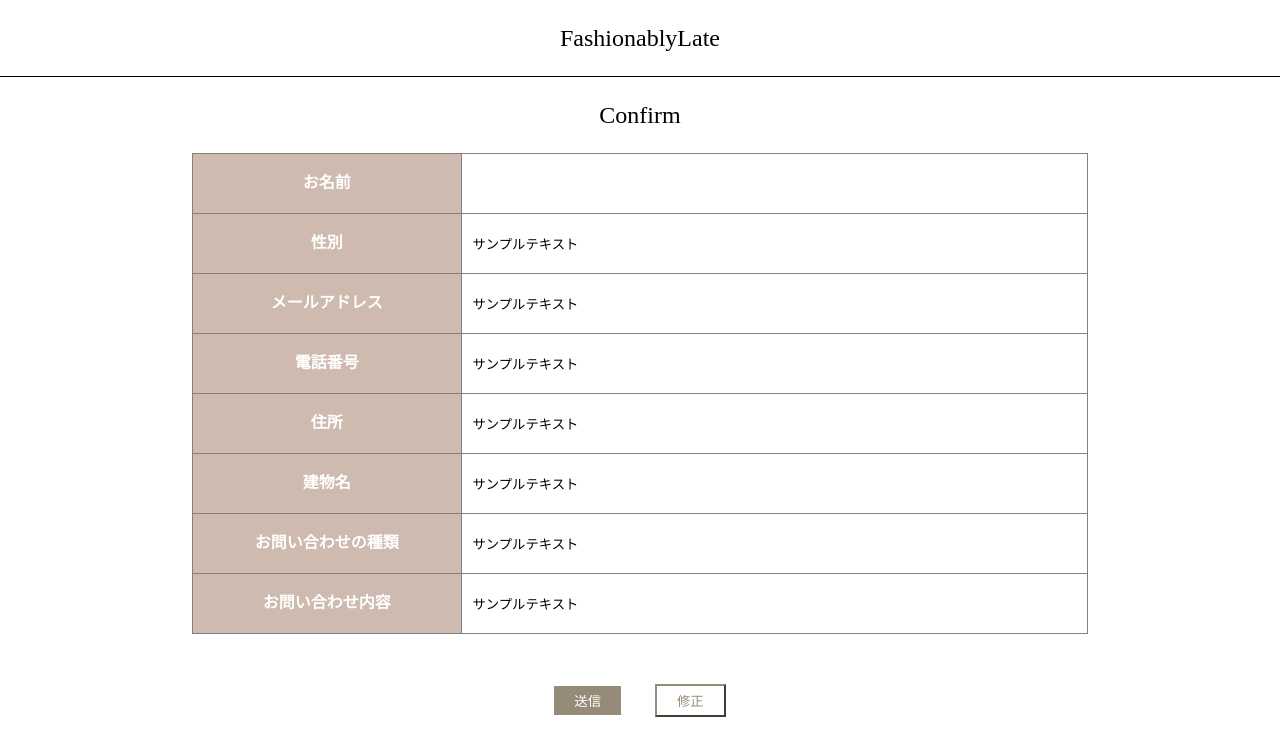
Repository: mayu-ya/test_form
Page: http://localhost/
These files come from the project's save history. The page is drawn as it stood at one moment and after the next save; the edit follows.
The browser window is 1280 px wide. The pictures show the whole page.
The page is served by the project's Laravel application, run on PHP 8.4 with Laravel 8. Other server files are loaded and not shown.

Above is the page before, as saved 2026-01-17 11:44:49.

### src/routes/web.php
<?php

use Illuminate\Support\Facades\Route;
use App\Http\Controllers\ContactController;

/*
|--------------------------------------------------------------------------
| Web Routes
|--------------------------------------------------------------------------
|
| Here is where you can register web routes for your application. These
| routes are loaded by the RouteServiceProvider within a group which
| contains the "web" middleware group. Now create something great!
|
*/

Route::get('/', [ContactController::class, 'index']);

### src/app/Http/Controllers/ContactController.php
<?php

namespace App\Http\Controllers;

use Illuminate\Http\Request;

class ContactController extends Controller
{
    public function index()
    {
        return view('confirm');
    }
}

### src/resources/views/confirm.blade.php
@extends('layouts.app')

@section('css')
<link rel="stylesheet" href="{{ asset('css/confirm.css') }}">
@endsection

@section('content')
<div class="content">
    <div class="title">
        <h2 class="title-h">Confirm</h2>
    </div>

    <form action="" class="form">
        <table class="table" border="1">
            <tr class="table-row">
                <th class="table-title">お名前</th>
                <td class="table-content">
                    <input type="text" class="table-content__input" name="name">
                </td>
            </tr>
            <tr class="table-row">
                <th class="table-title">性別</th>
                <td class="table-content">
                    <input type="text" class="table-content__input" name="name" value="サンプルテキスト">
                </td>
            </tr>
            <tr class="table-row">
                <th class="table-title">メールアドレス</th>
                <td class="table-content">
                    <input type="text" class="table-content__input" name="email" value="サンプルテキスト">
                </td>
            </tr>
            <tr class="table-row">
                <th class="table-title">電話番号</th>
                <td class="table-content">
                    <input type="text" class="table-content__input" name="tel" value="サンプルテキスト">
                </td>
            </tr>
            <tr class="table-row">
                <th class="table-title">住所</th>
                <td class="table-content">
                    <input type="text" class="table-content__input" name="address" value="サンプルテキスト">
                </td>
            </tr>
            <tr class="table-row">
                <th class="table-title">建物名</th>
                <td class="table-content">
                    <input type="text" class="table-content__input" name="building" value="サンプルテキスト">
                </td>
            </tr>
            <tr class="table-row">
                <th class="table-title">お問い合わせの種類</th>
                <td class="table-content">
                    <input type="text" class="table-content__input" name="content" value="サンプルテキスト">
                </td>
            </tr>
            <tr class="table-row">
                <th class="table-title">お問い合わせ内容</th>
                <td class="table-content">
                    <input type="text" class="table-content__input" name="detail" value="サンプルテキスト">
                </td>
            </tr>
        </table>

        <div class="form__button">
            <button class="form__button-submit" type="submit">送信</button>
            <button class="form__button-correct" type="submit">修正</button>
        </div>
    </form>
</div>
@endsection

### src/resources/views/layouts/app.blade.php
<!DOCTYPE html>
<html lang="ja">
<head>
    <meta charset="UTF-8">
    <meta name="viewport" content="width=device-width, initial-scale=1.0">
    <title>FashionablyLate</title>
    <link rel="stylesheet" href="{{ asset('css/common.css') }}">
    <link rel="stylesheet" href="{{ asset('css/sanitize.css') }}">
    @yield('css')
</head>
<body>
    <header class="header">
        <div class="header-title">
            <div class="header-title__item">FashionablyLate</div>
        </div>
        @yield('header')
    </header>

    <main>
        @yield('content')
    </main>
</body>
</html>

### src/public/css/common.css
.header{
    border-bottom: 1px solid #000;
}

.header-title {
    margin: 0 auto;
    padding: 20px 15px;
    max-width: 1230px;
}

.header-title__item {
    font-size: 24px;
    text-align: center;
}

### src/public/css/sanitize.css
/* Document
* ========================================================================== */

/**
* Add border box sizing in all browsers (opinionated).
*/

*,
::before,
::after {
  box-sizing: border-box;
}

/**
* 1. Add text decoration inheritance in all browsers (opinionated).
* 2. Add vertical alignment inheritance in all browsers (opinionated).
*/

::before,
::after {
  vertical-align: inherit;
  /* 2 */
  text-decoration: inherit;
  /* 1 */
}

/**
* 1. Use the default cursor in all browsers (opinionated).
* 2. Change the line height in all browsers (opinionated).
* 3. Use a 4-space tab width in all browsers (opinionated).
* 4. Remove the grey highlight on links in iOS (opinionated).
* 5. Prevent adjustments of font size after orientation changes in
*    IE on Windows Phone and in iOS.
* 6. Breaks words to prevent overflow in all browsers (opinionated).
*/

html {
  word-break: break-word;
  /* 6 */
  -moz-tab-size: 4;
  /* 3 */
  tab-size: 4;
  /* 3 */
  line-height: 1.5;
  /* 2 */
  cursor: default;
  /* 1 */

  -webkit-tap-highlight-color: transparent
    /* 4 */
  ;
  -ms-text-size-adjust: 100%;
  /* 5 */
  -webkit-text-size-adjust: 100%;
  /* 5 */
}

/* Sections
* ========================================================================== */

/**
* Remove the margin in all browsers (opinionated).
*/

body {
  margin: 0;
}

/**
* Correct the font size and margin on `h1` elements within `section` and
* `article` contexts in Chrome, Edge, Firefox, and Safari.
*/

h1 {
  margin: 0.67em 0;
  font-size: 2em;
}

/* Grouping content
* ========================================================================== */

/**
* Remove the margin on nested lists in Chrome, Edge, IE, and Safari.
*/

dl dl,
dl ol,
dl ul,
ol dl,
ul dl {
  margin: 0;
}

/**
* Remove the margin on nested lists in Edge 18- and IE.
*/

ol ol,
ol ul,
ul ol,
ul ul {
  margin: 0;
}

/**
* 1. Add the correct sizing in Firefox.
* 2. Show the overflow in Edge 18- and IE.
*/

hr {
  overflow: visible;
  /* 2 */
  height: 0;
  /* 1 */
}

/**
* Add the correct display in IE.
*/

main {
  display: block;
}

/**
* Remove the list style on navigation lists in all browsers (opinionated).
*/

nav ol,
nav ul {
  padding: 0;
  list-style: none;
}

/**
* 1. Correct the inheritance and scaling of font size in all browsers.
* 2. Correct the odd `em` font sizing in all browsers.
*/

pre {
  font-size: 1em;
  /* 2 */
  font-family: monospace, monospace;
  /* 1 */
}

/* Text-level semantics
* ========================================================================== */

/**
* Remove the gray background on active links in IE 10.
*/

a {
  background-color: transparent;
}

/**
* Add the correct text decoration in Edge 18-, IE, and Safari.
*/

abbr[title] {
  text-decoration: underline;
  text-decoration: underline dotted;
}

/**
* Add the correct font weight in Chrome, Edge, and Safari.
*/

b,
strong {
  font-weight: bolder;
}

/**
* 1. Correct the inheritance and scaling of font size in all browsers.
* 2. Correct the odd `em` font sizing in all browsers.
*/

code,
kbd,
samp {
  font-size: 1em;
  /* 2 */
  font-family: monospace, monospace;
  /* 1 */
}

/**
* Add the correct font size in all browsers.
*/

small {
  font-size: 80%;
}

/* Embedded content
* ========================================================================== */

/*
* Change the alignment on media elements in all browsers (opinionated).
*/

audio,
canvas,
iframe,
img,
svg,
video {
  vertical-align: middle;
}

/**
* Add the correct display in IE 9-.
*/

audio,
video {
  display: inline-block;
}

/**
* Add the correct display in iOS 4-7.
*/

audio:not([controls]) {
  display: none;
  height: 0;
}

/**
* Remove the border on iframes in all browsers (opinionated).
*/

iframe {
  border-style: none;
}

/**
* Remove the border on images within links in IE 10-.
*/

img {
  border-style: none;
}

/**
* Change the fill color to match the text color in all browsers (opinionated).
*/

svg:not([fill]) {
  fill: currentColor;
}

/**
* Hide the overflow in IE.
*/

svg:not(:root) {
  overflow: hidden;
}

/* Tabular data
* ========================================================================== */

/**
* Collapse border spacing in all browsers (opinionated).
*/

table {
  border-collapse: collapse;
}

/* Forms
* ========================================================================== */

/**
* Remove the margin on controls in Safari.
*/

button,
input,
select {
  margin: 0;
}

/**
* 1. Show the overflow in IE.
* 2. Remove the inheritance of text transform in Edge 18-, Firefox, and IE.
*/

button {
  overflow: visible;
  /* 1 */
  text-transform: none;
  /* 2 */
}

/**
* Correct the inability to style buttons in iOS and Safari.
*/

button,
[type="button"],
[type="reset"],
[type="submit"] {
  -webkit-appearance: button;
}

/**
* 1. Change the inconsistent appearance in all browsers (opinionated).
* 2. Correct the padding in Firefox.
*/

fieldset {
  padding: 0.35em 0.75em 0.625em;
  /* 2 */
  border: 1px solid #a0a0a0;
  /* 1 */
}

/**
* Show the overflow in Edge 18- and IE.
*/

input {
  overflow: visible;
}

/**
* 1. Correct the text wrapping in Edge 18- and IE.
* 2. Correct the color inheritance from `fieldset` elements in IE.
*/

legend {
  display: table;
  /* 1 */
  max-width: 100%;
  /* 1 */
  color: inherit;
  /* 2 */
  white-space: normal;
  /* 1 */
}

/**
* 1. Add the correct display in Edge 18- and IE.
* 2. Add the correct vertical alignment in Chrome, Edge, and Firefox.
*/

progress {
  display: inline-block;
  /* 1 */
  vertical-align: baseline;
  /* 2 */
}

/**
* Remove the inheritance of text transform in Firefox.
*/

select {
  text-transform: none;
}

/**
* 1. Remove the margin in Firefox and Safari.
* 2. Remove the default vertical scrollbar in IE.
* 3. Change the resize direction in all browsers (opinionated).
*/

textarea {
  overflow: auto;
  /* 2 */
  margin: 0;
  /* 1 */
  resize: vertical;
  /* 3 */
}

/**
* Remove the padding in IE 10-.
*/

[type="checkbox"],
[type="radio"] {
  padding: 0;
}

/**
* 1. Correct the odd appearance in Chrome, Edge, and Safari.
* 2. Correct the outline style in Safari.
*/

[type="search"] {
  outline-offset: -2px;
  /* 2 */

  -webkit-appearance: textfield;
  /* 1 */
}

/**
* Correct the cursor style of increment and decrement buttons in Safari.
*/

::-webkit-inner-spin-button,
::-webkit-outer-spin-button {
  height: auto;
}

/**
* Correct the text style of placeholders in Chrome, Edge, and Safari.
*/

::-webkit-input-placeholder {
  color: inherit;
  opacity: 0.54;
}

/**
* Remove the inner padding in Chrome, Edge, and Safari on macOS.
*/

::-webkit-search-decoration {
  -webkit-appearance: none;
}

/**
* 1. Correct the inability to style upload buttons in iOS and Safari.
* 2. Change font properties to `inherit` in Safari.
*/

::-webkit-file-upload-button {
  font: inherit;
  /* 2 */

  -webkit-appearance: button;
  /* 1 */
}

/**
* Remove the inner border and padding of focus outlines in Firefox.
*/

::-moz-focus-inner {
  padding: 0;
  border-style: none;
}

/**
* Restore the focus outline styles unset by the previous rule in Firefox.
*/

:-moz-focusring {
  outline: 1px dotted ButtonText;
}

/**
* Remove the additional :invalid styles in Firefox.
*/

:-moz-ui-invalid {
  box-shadow: none;
}

/* Interactive
* ========================================================================== */

/*
* Add the correct display in Edge 18- and IE.
*/

details {
  display: block;
}

/*
* Add the correct styles in Edge 18-, IE, and Safari.
*/

dialog {
  position: absolute;
  right: 0;
  left: 0;
  display: block;
  margin: auto;
  padding: 1em;
  width: -moz-fit-content;
  width: -webkit-fit-content;
  width: fit-content;
  height: -moz-fit-content;
  height: -webkit-fit-content;
  height: fit-content;
  border: solid;
  background-color: white;
  color: black;
}

dialog:not([open]) {
  display: none;
}

/*
* Add the correct display in all browsers.
*/

summary {
  display: list-item;
}

/* Scripting
* ========================================================================== */

/**
* Add the correct display in IE 9-.
*/

canvas {
  display: inline-block;
}

/**
* Add the correct display in IE.
*/

template {
  display: none;
}

/* User interaction
* ========================================================================== */

/*
* 1. Remove the tapping delay in IE 10.
* 2. Remove the tapping delay on clickable elements
in all browsers (opinionated).
*/

a,
area,
button,
input,
label,
select,
summary,
textarea,
[tabindex] {
  -ms-touch-action: manipulation;
  /* 1 */
  touch-action: manipulation;
  /* 2 */
}

/**
* Add the correct display in IE 10-.
*/

[hidden] {
  display: none;
}

/* Accessibility
* ========================================================================== */

/**
* Change the cursor on busy elements in all browsers (opinionated).
*/

[aria-busy="true"] {
  cursor: progress;
}

/*
* Change the cursor on control elements in all browsers (opinionated).
*/

[aria-controls] {
  cursor: pointer;
}

/*
* Change the cursor on disabled, not-editable, or otherwise
* inoperable elements in all browsers (opinionated).
*/

[aria-disabled="true"],
[disabled] {
  cursor: not-allowed;
}

/*
* Change the display on visually hidden accessible elements
* in all browsers (opinionated).
*/

[aria-hidden="false"][hidden] {
  display: initial;
}

[aria-hidden="false"][hidden]:not(:focus) {
  position: absolute;
  clip: rect(0, 0, 0, 0);
}

### src/public/css/confirm.css
.content {
    max-width: 1536px;
}

.title {
    margin: 0 auto;
}

.title-h {
    text-align: center;
    font-weight: lighter;
}

.form {
    width: 70%;
    margin: 0 auto;
    text-align: center;
    margin-bottom: 20px;
}

.table {
    width: 100%;
    margin-bottom: 50px;
}

.table-title {
    color: white;
    background: #cfbaaf;
    width: 30%;
    height: 60px;
}

.table-content {
    text-align: left;
    height: 60px;
}

.table-content__input {
    padding: 10px;
    outline: none;
    border: none;
}

.form__button-submit {
    padding: 5px 20px;
    margin-right: 30px;
    background: #968b79;
    color: white;
    border: none;
    cursor: pointer;
}

.form__button-correct {
    padding: 5px 20px;
    background: white;
    color: #968b79;
    border-color: #968b79;
    cursor: pointer;
}

Loaded but not shown: src/app/Http/Controllers/Controller.php (common file)

After the next save:
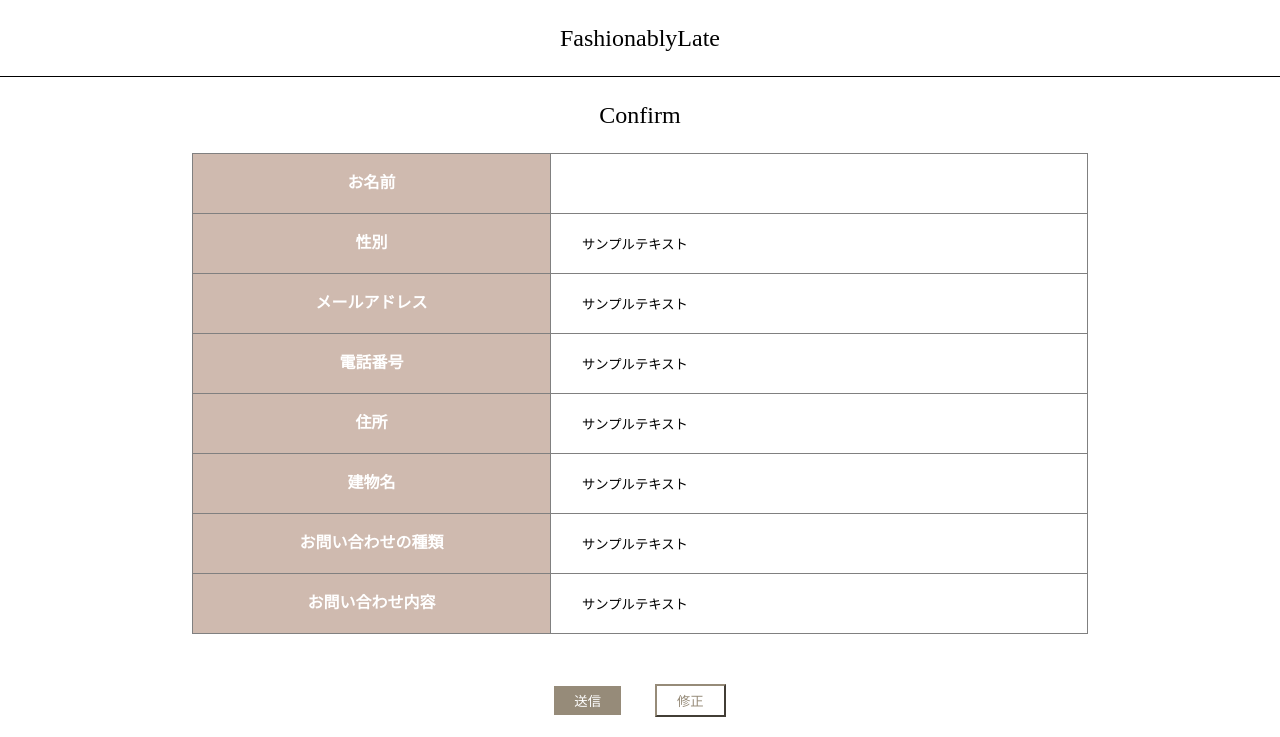
Saved 56 s later.
--- a/src/public/css/confirm.css
+++ b/src/public/css/confirm.css
@@ -26,7 +26,7 @@
 .table-title {
     color: white;
     background: #cfbaaf;
-    width: 30%;
+    width: 40%;
     height: 60px;
 }
 
@@ -36,6 +36,7 @@
 }
 
 .table-content__input {
+    margin-left: 20px;
     padding: 10px;
     outline: none;
     border: none;
